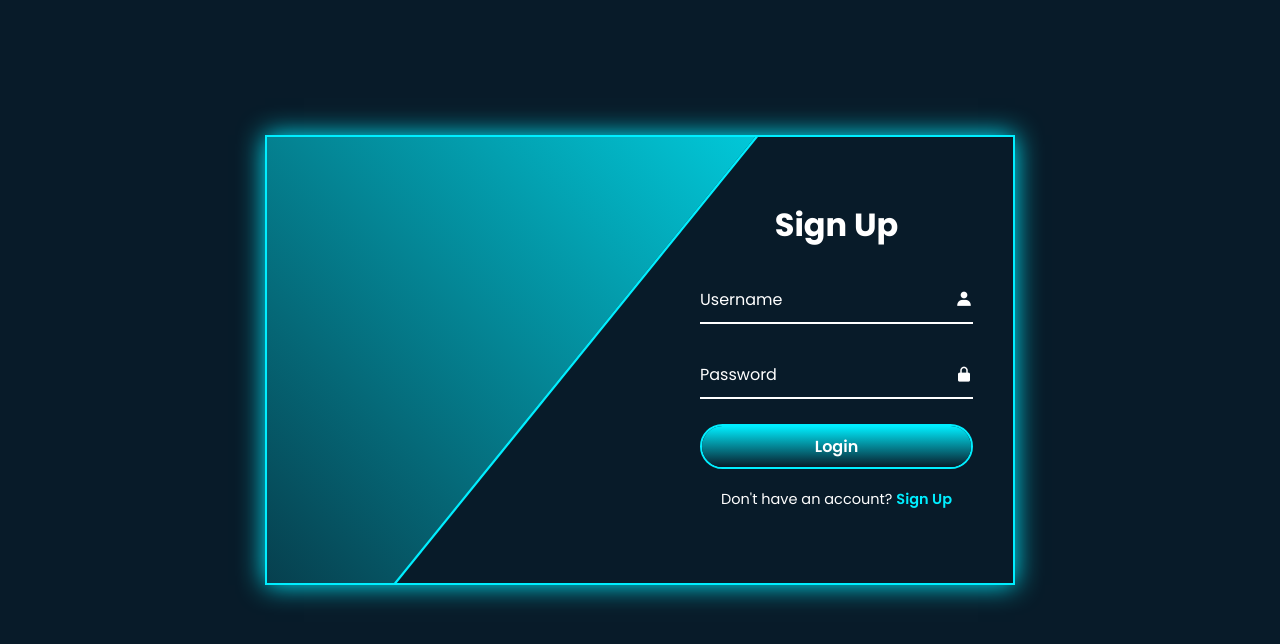
Repository: swastikjhacoder/Login-Registration-HTML
Page: index.html
These files come from the project's save history. The page is drawn as it stood at one moment and after the next save; the edit follows.
The browser window is 1280 px wide. The pictures show the whole page.

Above is the page before, as saved 2023-09-18 15:59:10.
Not found: js/toastify.js

After the next save:
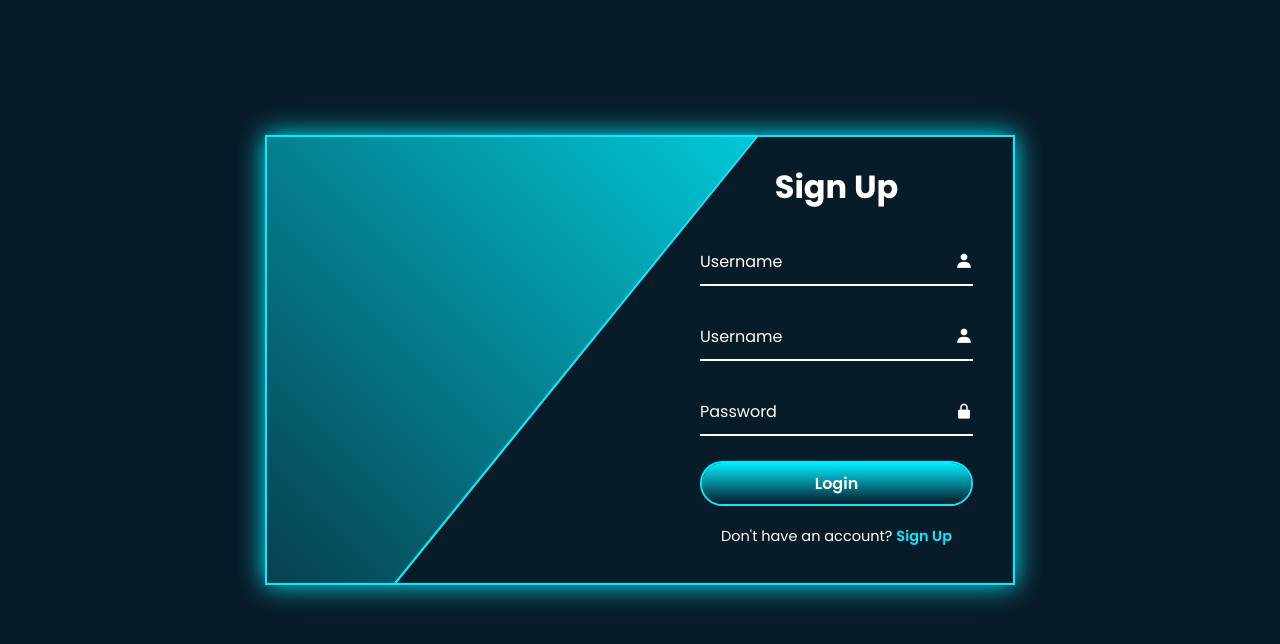
Saved 54 s later.
--- a/index.html
+++ b/index.html
@@ -48,6 +48,11 @@
                     <i class='bx bxs-user'></i>
                 </div>
                 <div class="input-box">
+                    <input type="text" required/>
+                    <label>Username</label>
+                    <i class='bx bxs-user'></i>
+                </div>
+                <div class="input-box">
                     <input type="password" required/>
                     <label>Password</label>
                     <i class='bx bxs-lock-alt' ></i>
